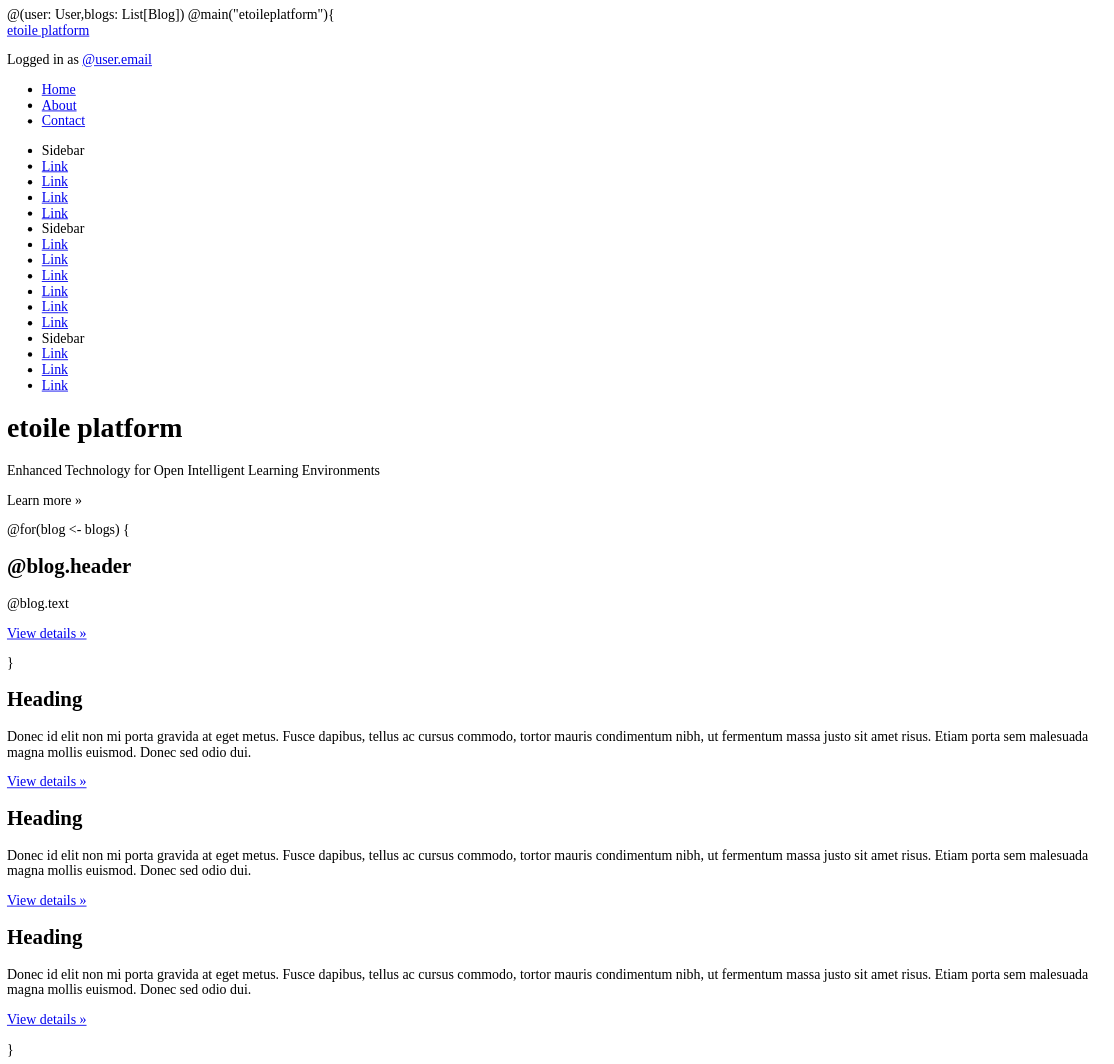
Repository: lopesdasilva/etoile
Page: etoile-play/app/views/home.scala.html
An editor plug-in stored every save of this project. The page is shown before and after the next save, followed by the edit.
The browser window is 1280 px wide. The pictures show the whole page, at 87% of full size.

Above is the page before, as saved 2012-10-23 14:27:45.

### etoile-play/app/views/home.scala.html
@(user: User,blogs: List[Blog])
@main("etoileplatform"){



    <div class="navbar navbar-inverse navbar-fixed-top">
      <div class="navbar-inner">
        <div class="container-fluid">
          <a class="btn btn-navbar" data-toggle="collapse" data-target=".nav-collapse">
            <span class="icon-bar"></span>
            <span class="icon-bar"></span>
            <span class="icon-bar"></span>
          </a>
          <a class="brand" href="#">etoile platform</a>
          <div class="nav-collapse collapse">
            <p class="navbar-text pull-right">
              Logged in as <a href="#" class="navbar-link">@user.email</a>
            </p>
            <ul class="nav">
              <li class="active"><a href="#">Home</a></li>
              <li><a href="#about">About</a></li>
              <li><a href="#contact">Contact</a></li>
            </ul>
          </div><!--/.nav-collapse -->
        </div>
      </div>
    </div>
 <div class="container-fluid">
      <div class="row-fluid">
        <div class="span3">
          <div class="well sidebar-nav">
            <ul class="nav nav-list">
              <li class="nav-header">Sidebar</li>
              <li class="active"><a href="#">Link</a></li>
              <li><a href="#">Link</a></li>
              <li><a href="#">Link</a></li>
              <li><a href="#">Link</a></li>
              <li class="nav-header">Sidebar</li>
              <li><a href="#">Link</a></li>
              <li><a href="#">Link</a></li>
              <li><a href="#">Link</a></li>
              <li><a href="#">Link</a></li>
              <li><a href="#">Link</a></li>
              <li><a href="#">Link</a></li>
              <li class="nav-header">Sidebar</li>
              <li><a href="#">Link</a></li>
              <li><a href="#">Link</a></li>
              <li><a href="#">Link</a></li>
            </ul>
          </div><!--/.well -->
        </div><!--/span-->
       <div class="span9">
          <div class="hero-unit">
            <h1>etoile platform</h1>
            <p>Enhanced Technology for Open Intelligent Learning Environments</p>
            <p><a class="btn btn-primary btn-large">Learn more &raquo;</a></p>
          </div>
          <div class="row-fluid">
            @for(blog <- blogs) {
	<div class="span4">
		<h2>@blog.header</h2>
		<p>@blog.text</p>
		<p><a class="btn" href="#">View details &raquo;</a></p>
	</div>
	}
          </div><!--/row-->
          <div class="row-fluid">
            <div class="span4">
              <h2>Heading</h2>
              <p>Donec id elit non mi porta gravida at eget metus. Fusce dapibus, tellus ac cursus commodo, tortor mauris condimentum nibh, ut fermentum massa justo sit amet risus. Etiam porta sem malesuada magna mollis euismod. Donec sed odio dui. </p>
              <p><a class="btn" href="#">View details &raquo;</a></p>
            </div><!--/span-->
            <div class="span4">
              <h2>Heading</h2>
              <p>Donec id elit non mi porta gravida at eget metus. Fusce dapibus, tellus ac cursus commodo, tortor mauris condimentum nibh, ut fermentum massa justo sit amet risus. Etiam porta sem malesuada magna mollis euismod. Donec sed odio dui. </p>
              <p><a class="btn" href="#">View details &raquo;</a></p>
            </div><!--/span-->
            <div class="span4">
              <h2>Heading</h2>
              <p>Donec id elit non mi porta gravida at eget metus. Fusce dapibus, tellus ac cursus commodo, tortor mauris condimentum nibh, ut fermentum massa justo sit amet risus. Etiam porta sem malesuada magna mollis euismod. Donec sed odio dui. </p>
              <p><a class="btn" href="#">View details &raquo;</a></p>
            </div><!--/span-->
          </div><!--/row-->
        </div><!--/span-->
      </div><!--/row-->


        </div>
        </div>
}

After the next save:
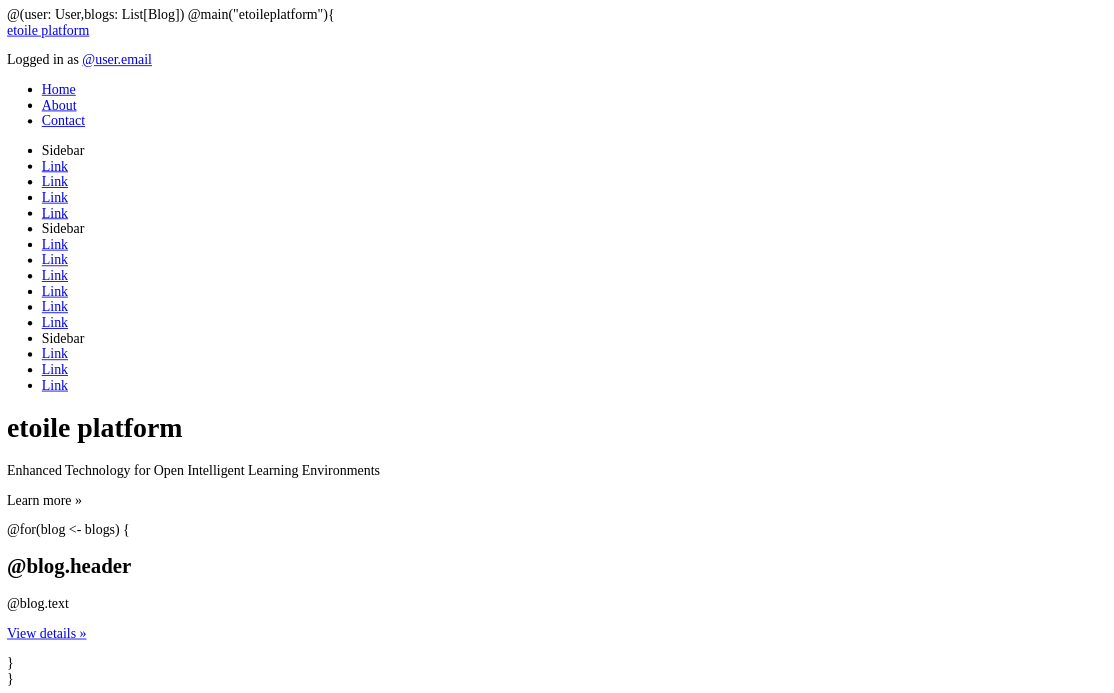
Saved 3 min 40 s later.
--- a/etoile-play/app/views/home.scala.html
+++ b/etoile-play/app/views/home.scala.html
@@ -63,26 +63,6 @@
 		<p><a class="btn" href="#">View details &raquo;</a></p>
 	</div>
 	}
-          </div><!--/row-->
-          <div class="row-fluid">
-            <div class="span4">
-              <h2>Heading</h2>
-              <p>Donec id elit non mi porta gravida at eget metus. Fusce dapibus, tellus ac cursus commodo, tortor mauris condimentum nibh, ut fermentum massa justo sit amet risus. Etiam porta sem malesuada magna mollis euismod. Donec sed odio dui. </p>
-              <p><a class="btn" href="#">View details &raquo;</a></p>
-            </div><!--/span-->
-            <div class="span4">
-              <h2>Heading</h2>
-              <p>Donec id elit non mi porta gravida at eget metus. Fusce dapibus, tellus ac cursus commodo, tortor mauris condimentum nibh, ut fermentum massa justo sit amet risus. Etiam porta sem malesuada magna mollis euismod. Donec sed odio dui. </p>
-              <p><a class="btn" href="#">View details &raquo;</a></p>
-            </div><!--/span-->
-            <div class="span4">
-              <h2>Heading</h2>
-              <p>Donec id elit non mi porta gravida at eget metus. Fusce dapibus, tellus ac cursus commodo, tortor mauris condimentum nibh, ut fermentum massa justo sit amet risus. Etiam porta sem malesuada magna mollis euismod. Donec sed odio dui. </p>
-              <p><a class="btn" href="#">View details &raquo;</a></p>
-            </div><!--/span-->
-          </div><!--/row-->
-        </div><!--/span-->
-      </div><!--/row-->
 
 
         </div>
